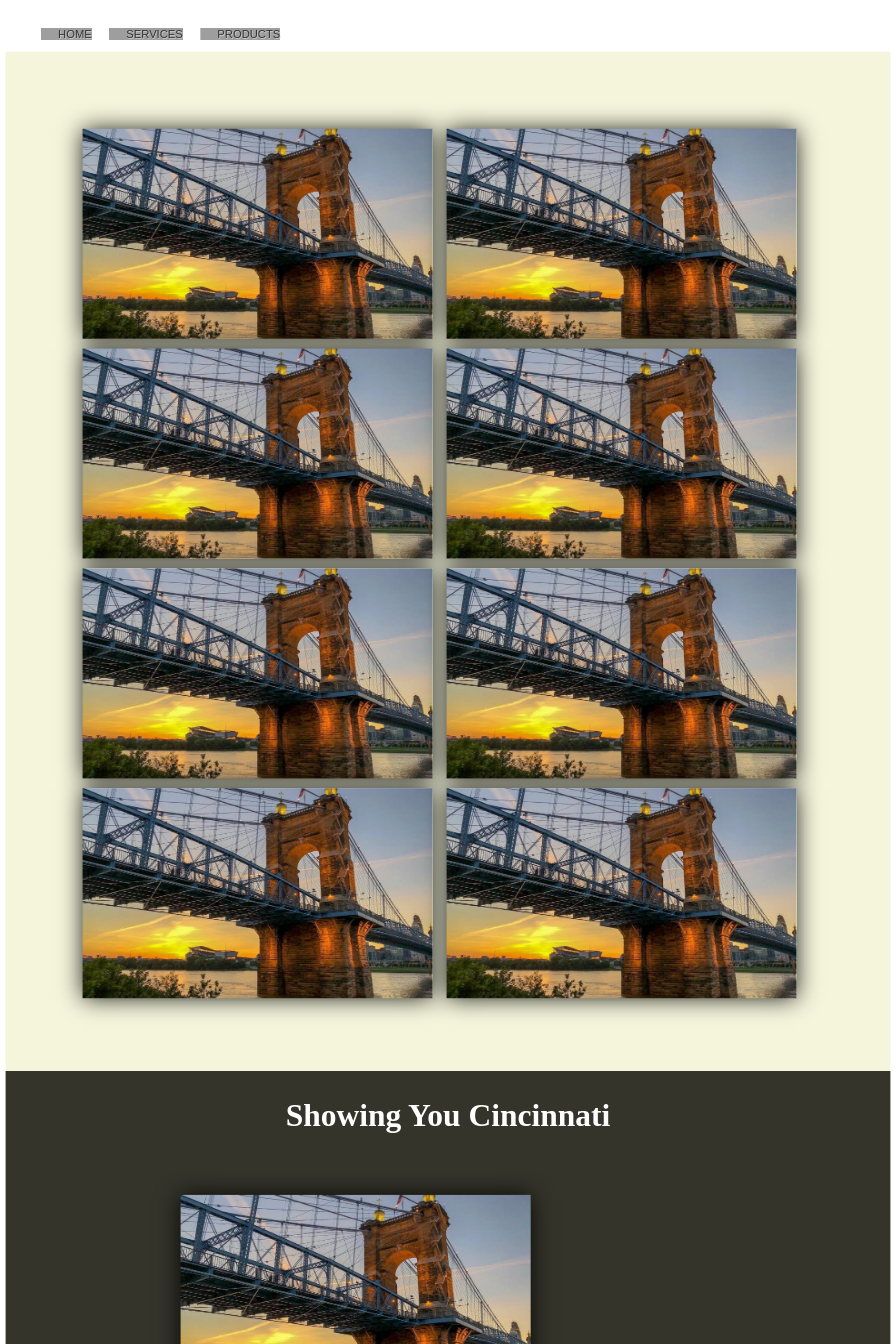
Repository: LtGriff/capstoneprogress
Page: index.html
These files come from the project's save history. The page is drawn as it stood at one moment and after the next save; the edit follows.
The browser window is 1280 px wide. The pictures show the part of the page from y = 0 to 1920 px (the page is 4090 px tall before and 6770 px after), at 70% of full size.
Pictures or frames that could not be fetched are drawn as grey boxes.

Above is the page before, as saved 2022-06-06 02:23:58.

After the next save:
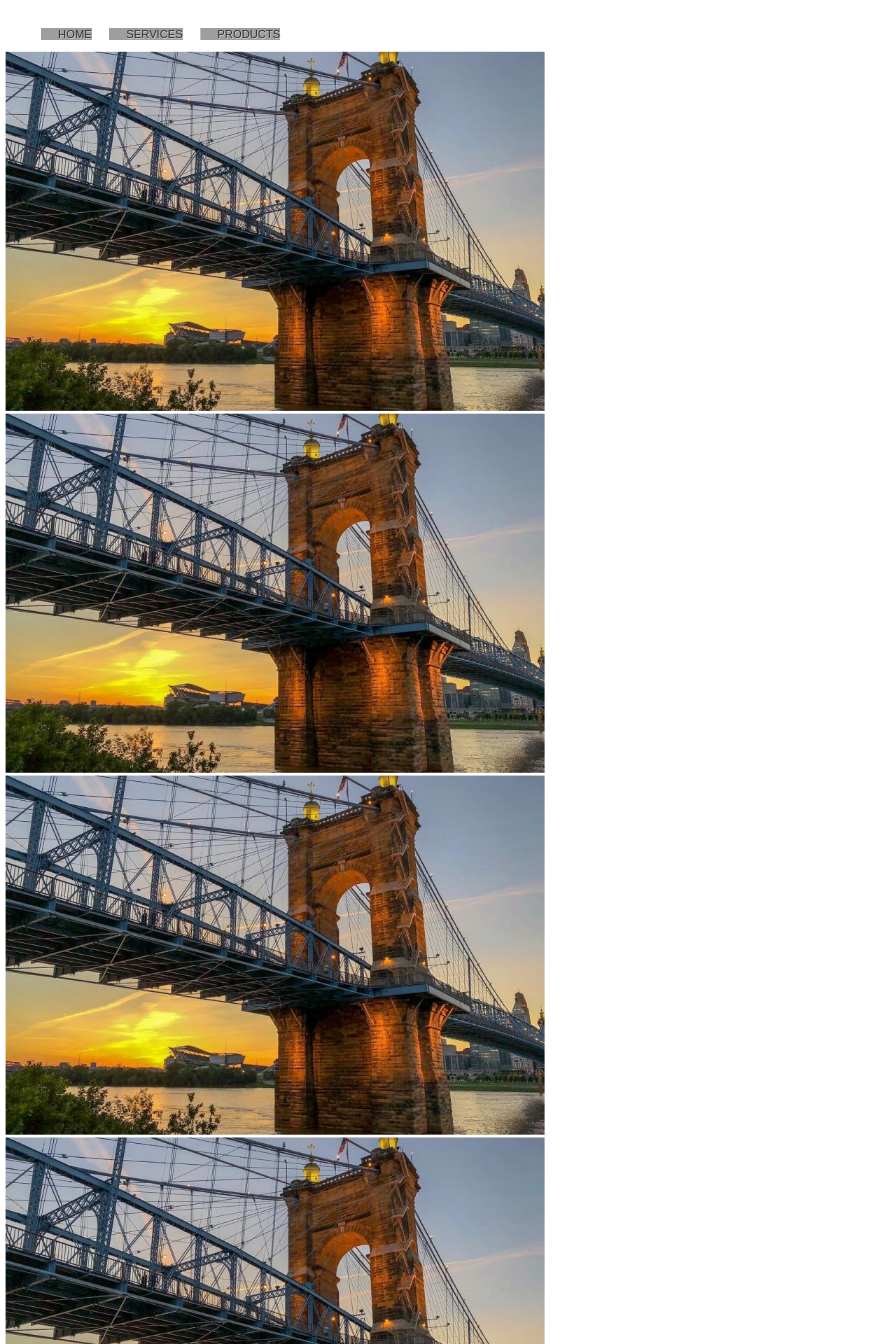
Saved 36 min 48 s later.
--- a/style.css
+++ b/style.css
@@ -20,7 +20,7 @@ body { font-family: sans-serif; }
 
 
 
-.gallery{
+.card{
   display: flex;
   flex-direction: row;
   flex-wrap: wrap;
@@ -33,7 +33,7 @@ body { font-family: sans-serif; }
   padding-right: 100px;
 }
 
-.gallery .picture{
+.card .picture{
   margin-left: 10px;
   margin-right: 10px;
   margin-top: 10px;
@@ -43,7 +43,7 @@ body { font-family: sans-serif; }
 }
 
 
-.gallery .picture img{
+.card .picture img{
   width: 500px;
   height: 300px;
   box-shadow: 0px 0px 32px -1px rgba(0, 0, 0, 0.9);

After the save that followed:
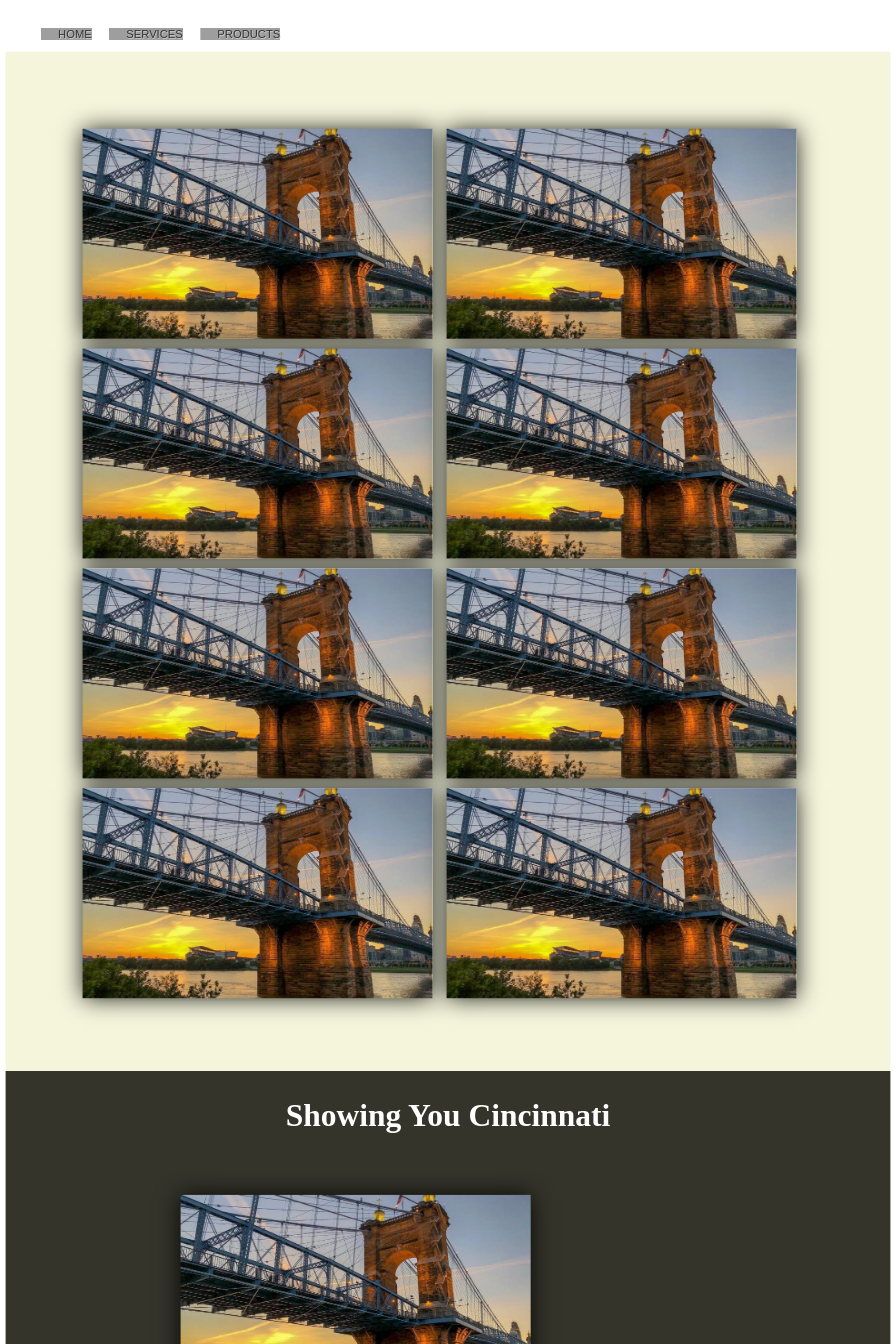
Saved 7 s later.
--- a/index.html
+++ b/index.html
@@ -19,7 +19,7 @@
 </nav>
 
 
-<section class="gallery">
+<section class="card">
 
                <div class="picture">
                     <img src="img/bridge.jpg" alt="bridge">
